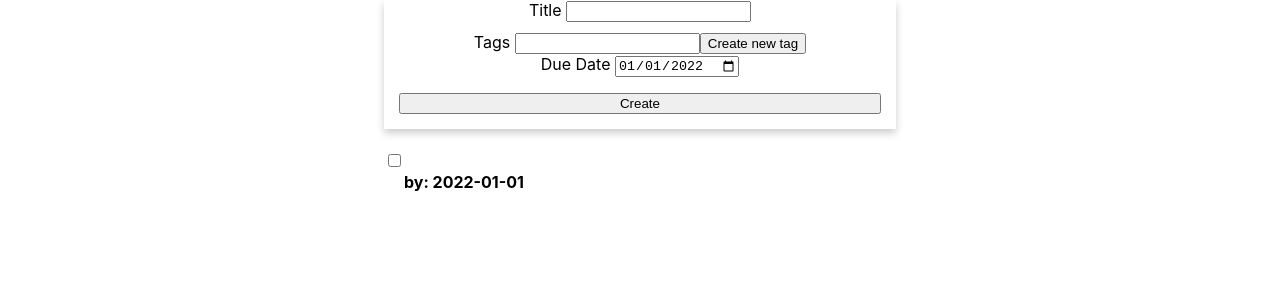
Repository: sanjayMamidipaka/reactappbits
Page: /, after clicking the first element matching `div.submitButton > button`
An editor plug-in stored every save of this project. The page is shown before and after a run of saves, followed by the edit.
The browser window is 1280 px wide. The pictures show the whole page.
The project was rebuilt for these pictures with package versions that can differ from the ones it lists, and the page was loaded fresh each time. Also part of the build but not shown: src/components/Tag.css, src/components/Tag.tsx.

Above is the page before, as saved 2022-01-18 18:07:52.

After the next 2 saves:
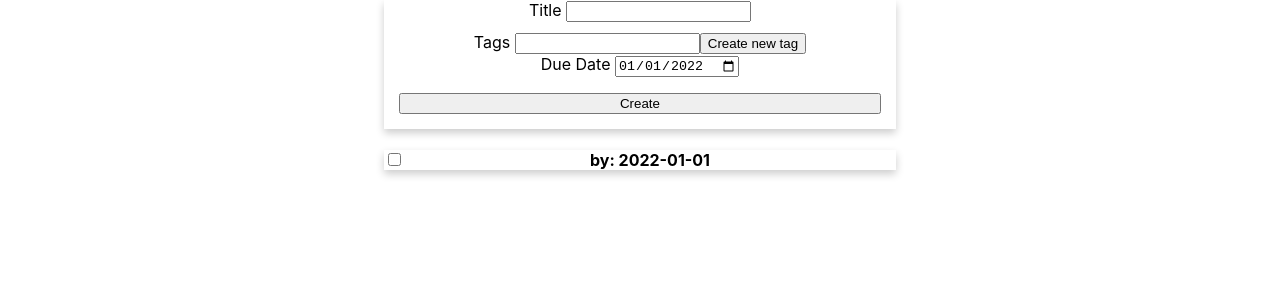
The 2 saves are shown as one change because they came seconds apart.
The last was saved 17 s later.
--- a/src/components/TodoItem.tsx
+++ b/src/components/TodoItem.tsx
@@ -8,8 +8,8 @@ export default function TodoItem({todoListItem, index}: {todoListItem: any, inde
         <div className="card">
             <input type="checkbox" style={{float: "left"}} />
             <div>
-                <h1 className="child">{title}</h1>
-                <h4 className="child" style={{float: "left"}}>by: {dueDate}</h4>
+                <h1 className="child" style={{float: "left"}}>{title}</h1>
+                <h4 className="child">by: {dueDate}</h4>
             </div>
             {tagList.map((tagObject: {name1: string, index1: number}, index: number) => {
                 return <Tag name={tagObject.name1} key={tagObject.index1} theIndex={tagObject.index1} remove={()=>{}} include={""}></Tag>
